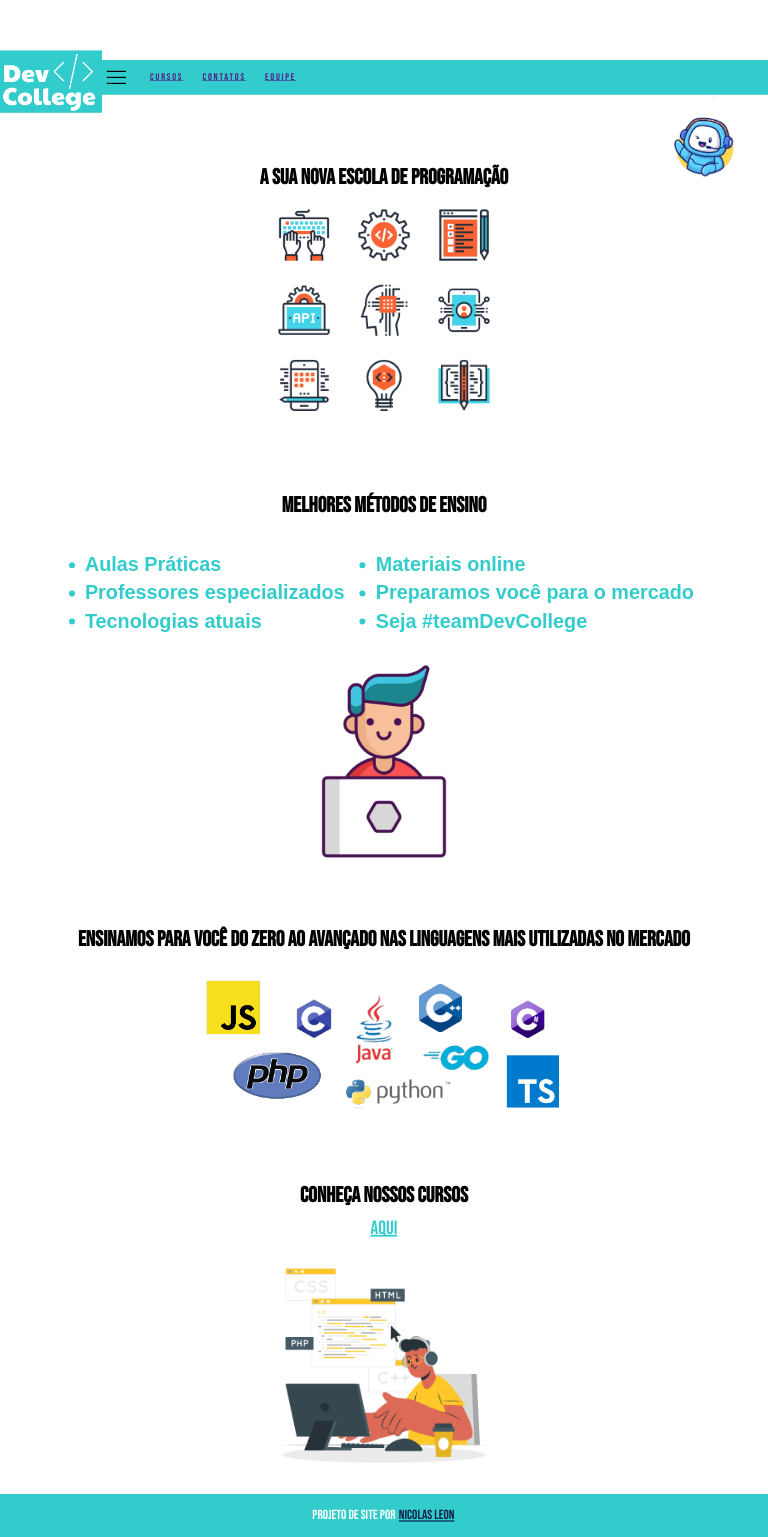
Repository: Leonngc/DEV-COLLEGE
Page: home.html
These files come from the project's save history. The page is drawn as it stood at one moment and after the next save; the edit follows.
The browser window is 1280 px wide. The pictures show the whole page, at 60% of full size.
Some web fonts or font styles are not loaded; a fallback is used.

Above is the page before, as saved 2023-02-28 22:54:35.

After the next save:
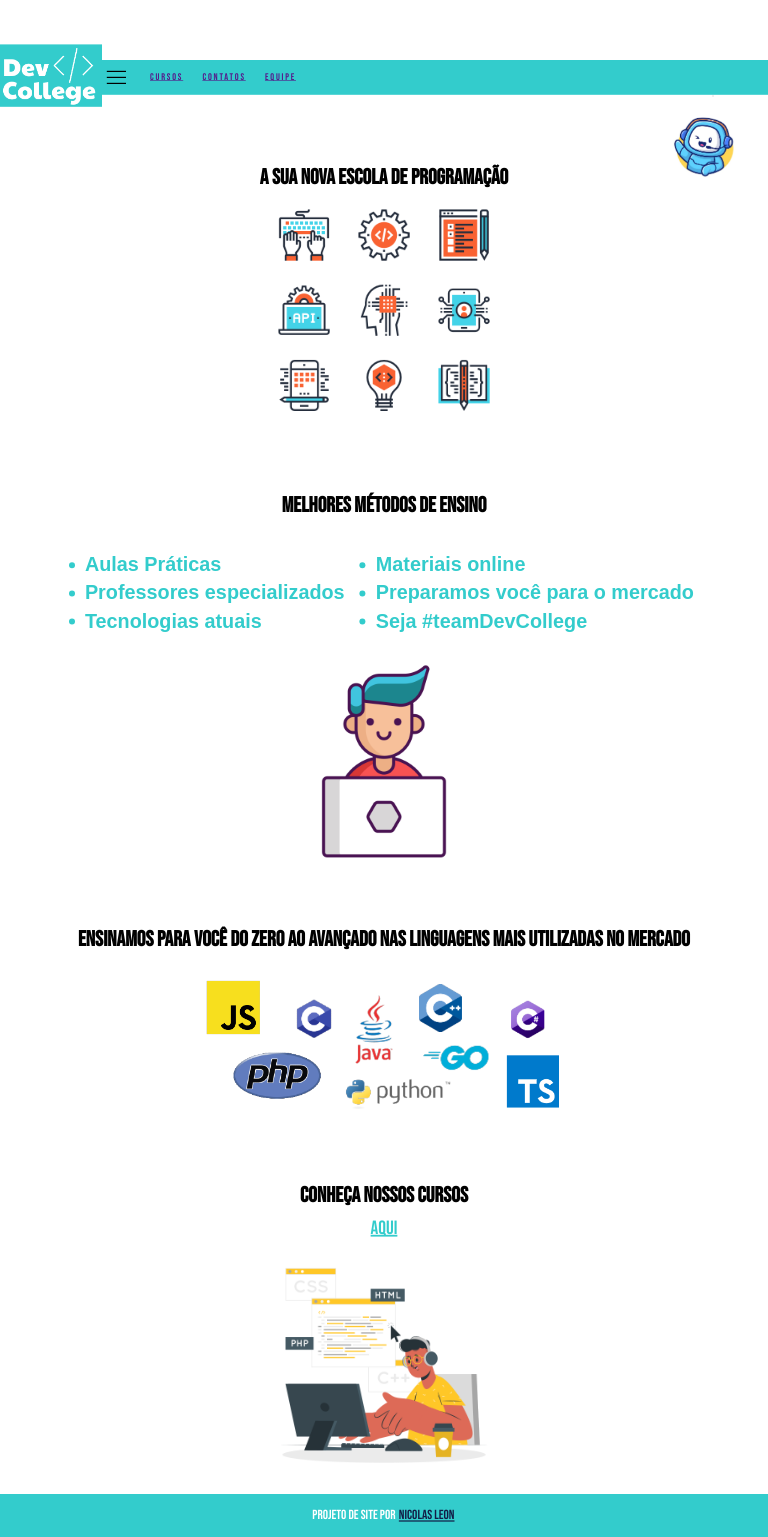
Saved 30 s later.
--- a/home.html
+++ b/home.html
@@ -19,7 +19,7 @@
     <header>
 
        <nav id="nav">
-        <a href="/" class="logo"><img src="logos/2.png" alt="" id="logo"></a>
+        <div><a href="/" class="logo"><img src="logos/2.png" alt="" id="logo"></a></div>
                <div class="menu-burguer">
                 <div class="line1"></div>
                 <div class="line2"></div>

After the 2 saves that followed:
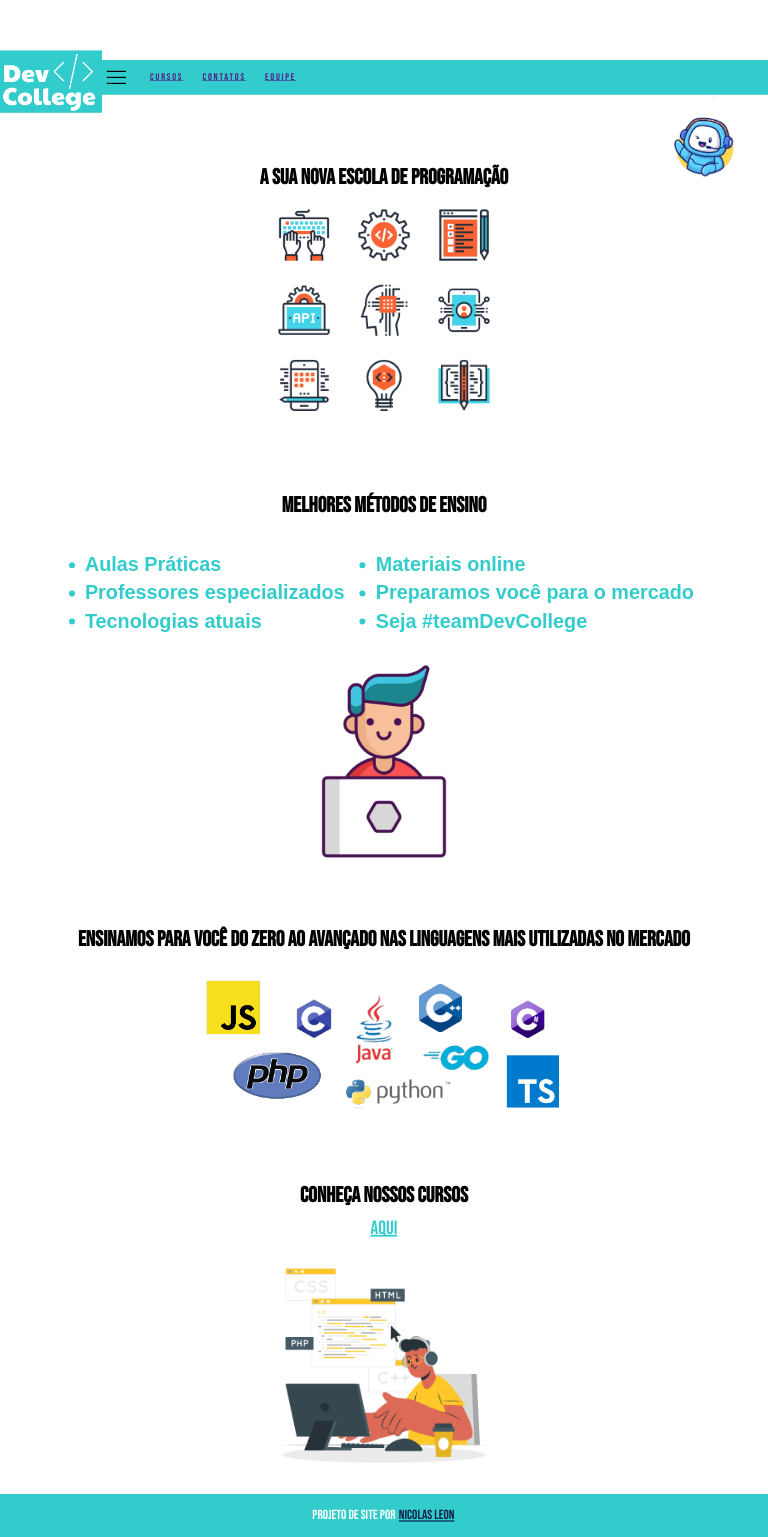
The 2 saves are shown as one change because they came seconds apart.
The last was saved 6 s later.
--- a/home.html
+++ b/home.html
@@ -19,7 +19,7 @@
     <header>
 
        <nav id="nav">
-        <div><a href="/" class="logo"><img src="logos/2.png" alt="" id="logo"></a></div>
+        <div class="logo"><a href="/" ><img src="logos/2.png" alt="" id="logo"></a></div>
                <div class="menu-burguer">
                 <div class="line1"></div>
                 <div class="line2"></div>
